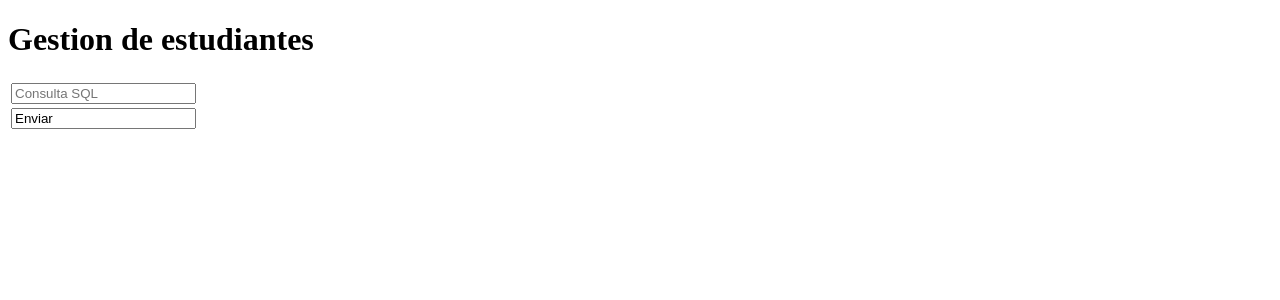
Repository: Carlos-Mar14/JAVA-JEE
Page: gestestjdbc/src/main/webapp/index.html
These files come from the project's save history. The page is drawn as it stood at one moment and after the next save; the edit follows.
The browser window is 1280 px wide. The pictures show the whole page.

Above is the page before, as saved 2024-06-07 17:07:49.

After the next save:
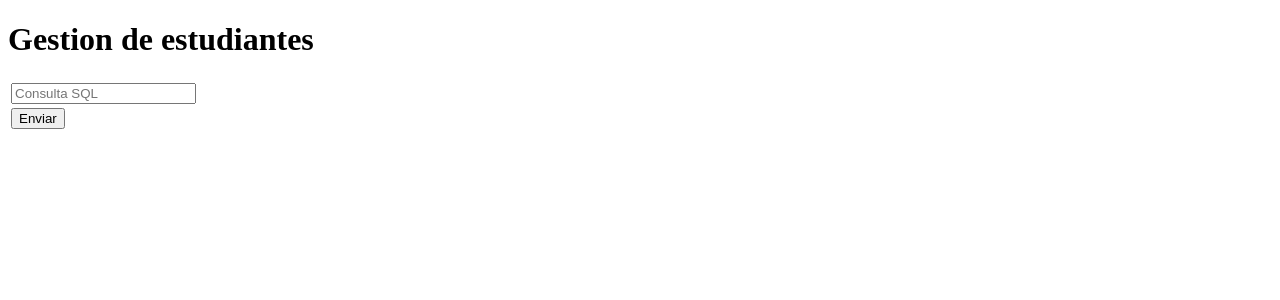
Saved 14 s later.
--- a/gestestjdbc/src/main/webapp/index.html
+++ b/gestestjdbc/src/main/webapp/index.html
@@ -9,11 +9,11 @@
 	<form method="post" action="Controlador">
 		<table>
 			<tr>
-				<td width="60%"><input type="text" name="id" placeholder="Consulta SQL"></td>
+				<td><input type="text" name="id" placeholder="Consulta SQL"></td>
 			</tr>
 			<tr>
 				<td>
-					<input width="60% type="submit" value="Enviar">
+					<input type="submit" value="Enviar">
 				</td>
 			</tr>
 		</table>
